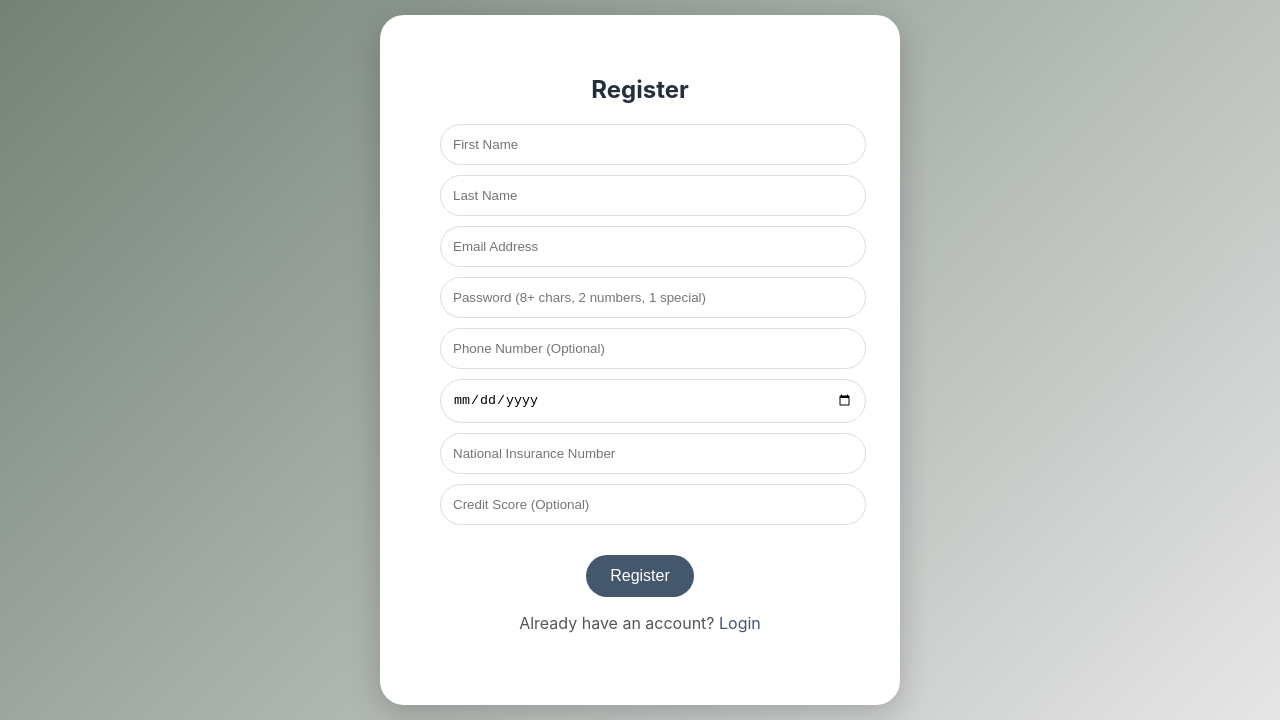
Repository: aab232/https---github.com-aab232-Deferred-Payment-Platform
Page: /register (app in frontend/)
An editor plug-in stored every save of this project. The page is shown before and after the next save, followed by the edit.
The browser window is 1280 px wide. The pictures show the whole page.
The project was rebuilt for these pictures with package versions that can differ from the ones it lists, and the page was loaded fresh each time. Also part of the build but not shown: frontend/src/components/Home.js, frontend/src/components/Login.js.

Above is the page before, as saved 2025-03-18 01:02:53.

### frontend/src/App.js
import React from 'react';
import { BrowserRouter as Router, Routes, Route } from 'react-router-dom';
import Home from './components/Home';
import Register from './components/Register';
import Login from './components/Login';

const App = () => {
  return (
    <Router>
      <Routes>
        <Route path="/" element={<Home />} />
        <Route path="/login" element={<Login />} />
        <Route path="/register" element={<Register />} />
      </Routes>
    </Router>
  );
};

export default App;

### frontend/src/components/Register.js
import React, { useState } from 'react';
import axios from 'axios';
import { useNavigate } from 'react-router-dom';
import bcrypt from 'bcryptjs'; // Import bcrypt
import './Form.css';

const Register = () => {
  const [formData, setFormData] = useState({
    first_name: '',
    surname: '',
    email: '',
    password: '',
    phone_number: '',
    ni_number: '',
    date_of_birth: '',
    credit_score: '', // New field for credit score
  });

  const navigate = useNavigate();

  // Function to format the date to YYYY-MM-DD
  const formatDateForBackend = (date) => {
    const [day, month, year] = date.split('-'); // Split 'DD-MM-YYYY'
    return `${year}-${month}-${day}`; // Convert to 'YYYY-MM-DD'
  };

  // Capitalize the first letter of first_name and surname
  const capitalize = (str) => str.charAt(0).toUpperCase() + str.slice(1).toLowerCase();

  // Handle input change
  const handleChange = (e) => {
    const { name, value } = e.target;

    // Capitalize first_name and surname when user types
    const updatedValue = (name === 'first_name' || name === 'surname') ? capitalize(value) : value;

    setFormData({ ...formData, [name]: updatedValue });
  };

  // Handle form submission
  const handleSubmit = async (e) => {
    e.preventDefault();

    try {
      // Format the date before sending it to the backend
      const formattedDate = formatDateForBackend(formData.date_of_birth);

      // Hash the password
      const hashedPassword = await bcrypt.hash(formData.password, 10);

      // Create an object to send to the backend
      const dataToSend = {
        ...formData,
        date_of_birth: formattedDate,
        password: hashedPassword, // Send the hashed password
      };

      // Remove the credit score field if it's empty (optional field)
      if (dataToSend.credit_score === '') {
        delete dataToSend.credit_score;
      }

      const response = await axios.post('http://localhost:5000/register', dataToSend);
      alert(response.data.message);
      if (response.data.success) navigate('/login'); // Redirect on successful registration
    } catch (error) {
      console.error('Registration error:', error);
      alert('Registration failed. Please try again.');
    }
  };

  return (
    <div className="container">
      <div className="form-card">
        <h2>Register</h2>
        <form onSubmit={handleSubmit}>
          <input
            type="text"
            name="first_name"
            placeholder="First Name"
            value={formData.first_name}
            onChange={handleChange}
            required
          />
          <input
            type="text"
            name="surname"
            placeholder="Last Name"
            value={formData.surname}
            onChange={handleChange}
            required
          />
          <input
            type="email"
            name="email"
            placeholder="Email Address"
            value={formData.email}
            onChange={handleChange}
            required
          />
          <input
            type="password"
            name="password"
            placeholder="Password (8+ chars, 2 numbers, 1 special)"
            value={formData.password}
            onChange={handleChange}
            required
          />
          <input
            type="text"
            name="phone_number"
            placeholder="Phone Number (Optional)"
            value={formData.phone_number}
            onChange={handleChange}
            maxLength={15}
          />
          <input
            type="date"
            name="date_of_birth"
            placeholder="Date of Birth"
            value={formData.date_of_birth}
            onChange={handleChange}
            required
          />
          <input
            type="text"
            name="ni_number"
            placeholder="National Insurance Number"
            value={formData.ni_number}
            onChange={handleChange}
            required
          />
          <input
            type="number"
            name="credit_score"
            placeholder="Credit Score (Optional)"
            value={formData.credit_score}
            onChange={handleChange}
            min="300"
            max="999"
          />
          <button type="submit" className="btn">Register</button>
        </form>
        <p>Already have an account? <span onClick={() => navigate('/login')} className="link">Login</span></p>
      </div>
    </div>
  );
};

export default Register;

### frontend/src/components/Home.css
/* Centering and styling for Home page */
.container {
    display: flex;
    justify-content: center;
    align-items: center;
    height: 100vh; /* Full viewport height */
    background: linear-gradient(135deg, #8a2be2, #5a189a); /* Elegant gradient */
  }

  .card {
    text-align: center;
    background: #fff;
    padding: 40px 60px;
    border-radius: 24px;
    box-shadow: 0 8px 32px rgba(0, 0, 0, 0.2);
    max-width: 400px;
    width: 100%;
  }

  h1 {
    margin-bottom: 16px;
    font-size: 28px;
    color: #5a189a;
  }

  p {
    margin-bottom: 32px;
    font-size: 16px;
    color: #555;
  }

  .button-group {
    display: flex;
    justify-content: space-between;
  }

  .btn {
    padding: 12px 24px;
    font-size: 16px;
    border: none;
    border-radius: 30px; /* Rounded buttons */
    cursor: pointer;
    transition: background 0.3s ease;
    color: white;
    background: #5a189a;
  }

  .btn:hover {
    background: #8a2be2; /* Button hover effect */
  }

### frontend/src/components/Form.css
/* Form Styling for Login & Register */
.container {
    display: flex;
    justify-content: center;
    align-items: center;
    height: 100vh;
    background: linear-gradient(135deg, #738276, #E6E6E6);
  }

  .form-card {
    background: white;
    padding: 40px 60px;
    border-radius: 24px;
    box-shadow: 0 8px 32px rgba(0, 0, 0, 0.2);
    max-width: 400px;
    width: 100%;
    text-align: center;
  }

  h2 {
    color: #252f3b;
  }

  input {
    display: block;
    width: 100%;
    margin: 10px 0;
    padding: 12px;
    border: 1px solid #ddd;
    border-radius: 30px;
  }

  .btn {
    padding: 12px 24px;
    margin-top: 20px;
    border-radius: 30px;
    border: none;
    color: white;
    background: #44576D;
    cursor: pointer;
  }

  .btn:hover {
    background: #6b212e;
  }

  .link {
    color: #44576D;
    cursor: pointer;
  }

Loaded but not shown: frontend/public/index.html (common file); frontend/src/index.js (common file); frontend/src/index.css (common file)

After the next save:
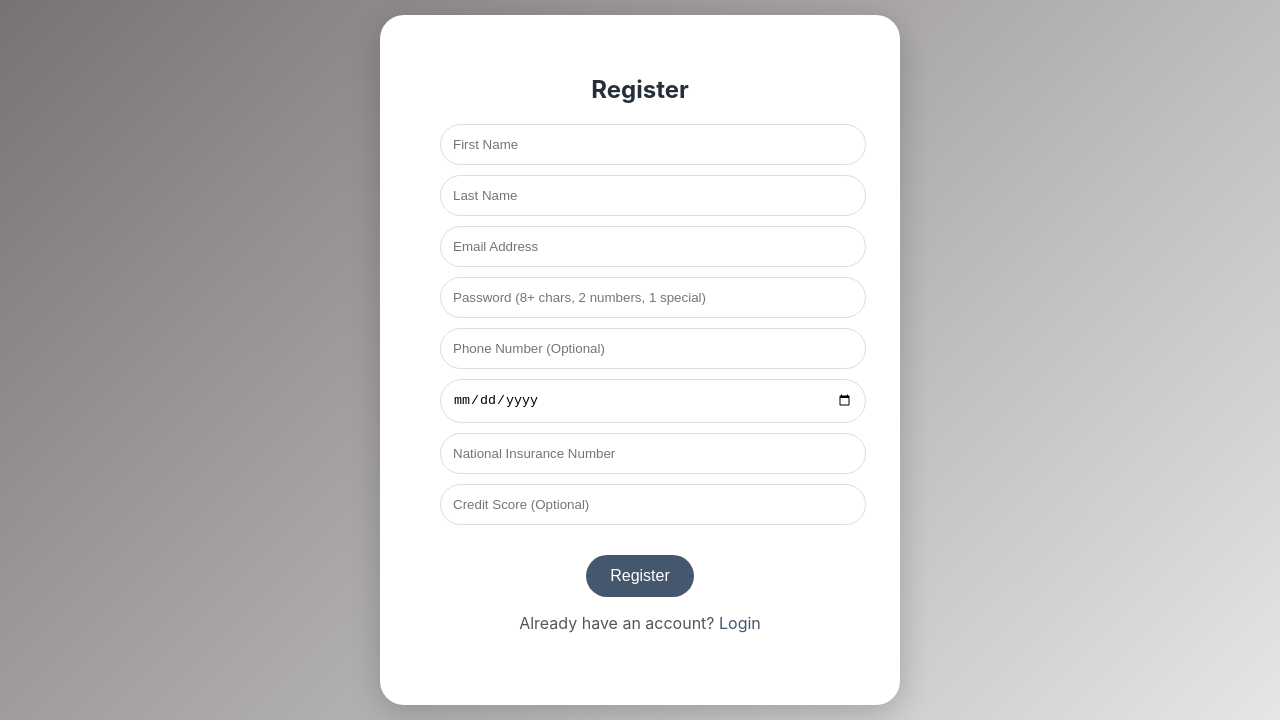
Saved 27 s later.
--- a/frontend/src/components/Form.css
+++ b/frontend/src/components/Form.css
@@ -4,7 +4,7 @@
     justify-content: center;
     align-items: center;
     height: 100vh;
-    background: linear-gradient(135deg, #738276, #E6E6E6);
+    background: linear-gradient(135deg, #787276, #E6E6E6);
   }
 
   .form-card {
